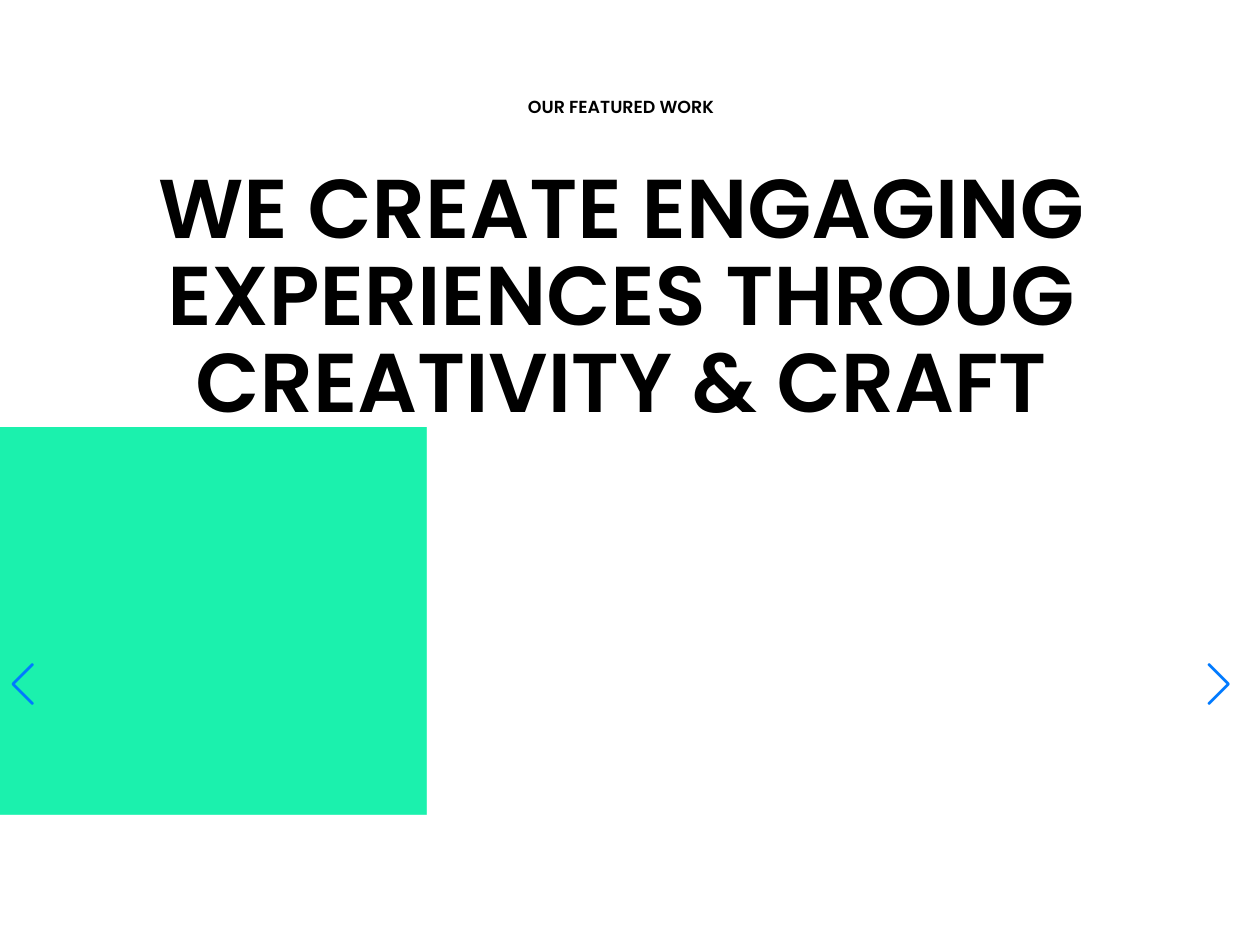
Repository: NastyaGavrilova/Beetroot-js
Page: HW10/index.html
An editor plug-in stored every save of this project. The page is shown before and after the next save, followed by the edit.
The browser window is 1280 px wide. The pictures show the whole page, at 97% of full size.

Above is the page before, as saved 2021-10-31 05:40:07.

### HW10/index.html
<!DOCTYPE html>
<html lang="en">
  <head>
    <meta charset="UTF-8" />
    <meta http-equiv="X-UA-Compatible" content="IE=edge" />
    <meta name="viewport" content="width=device-width, initial-scale=1.0" />
    <!-- Swiper -->
    <link
      rel="stylesheet"
      href="https://unpkg.com/swiper@7/swiper-bundle.min.css"
    />
    <!-- Normilize -->
    <link
      rel="stylesheet"
      href="https://cdnjs.cloudflare.com/ajax/libs/normalize/8.0.1/normalize.min.css"
      integrity="sha512-NhSC1YmyruXifcj/KFRWoC561YpHpc5Jtzgvbuzx5VozKpWvQ+4nXhPdFgmx8xqexRcpAglTj9sIBWINXa8x5w=="
      crossorigin="anonymous"
      referrerpolicy="no-referrer"
    />
    <!-- FONTS  -->
    <link rel="preconnect" href="https://fonts.googleapis.com" />
    <link rel="preconnect" href="https://fonts.gstatic.com" crossorigin />
    <link
      href="https://fonts.googleapis.com/css2?family=Poppins:wght@400;600;700&display=swap"
      rel="stylesheet"
    />
    <!-- Styles -->
    <link rel="stylesheet" href="./index.css" />
    <title>Document</title>
  </head>
  <body>
    <div class="c-container">
      <header class="c-header">
        <div class="c-header__wrapper">
          <div class="c-header__title">
            <h4 class="e-subtitle">OUR FEATURED WORK</h4>
            <h2 class="e-title">
              WE CREATE ENGAGING EXPERIENCES THROUG CREATIVITY &amp; CRAFT
            </h2>
          </div>
        </div>
      </header>

      <div class="swiper">
        <!-- Additional required wrapper -->
        <div class="swiper-wrapper">
          <!-- Slides -->
          <div class="swiper-slide">
            <img src="./assets/img/Rectangle8.png" alt="1" />
          </div>
          <div class="swiper-slide">
            <img src="./assets/img/Layer7.png" alt="2" />
          </div>
          <div class="swiper-slide">
            <img src="./assets/img/Layer9.png" alt="3" />
          </div>
          <div class="swiper-slide">
            <img src="./assets/img/Layer10.png" alt="4" />
          </div>
          ...
        </div>
        <!-- If we need pagination -->
        <!-- <div class="swiper-pagination"></div> -->

        <!-- If we need navigation buttons -->
        <div class="swiper-button-prev" id="js-swiper-prev"></div>
        <div class="swiper-button-next" id="js-swiper-next"></div>

        <!-- If we need scrollbar -->
        <!-- <div class="swiper-scrollbar"></div> -->
      </div>
    </div>
    <script src="https://unpkg.com/swiper@7/swiper-bundle.min.js"></script>
    <script src="./index.js"></script>
  </body>
</html>

### HW10/index.css
* {
  box-sizing: border-box;
  padding: 0;
  margin: 0;
}

body {
  font-family: "Poppins", sans-serif;
  max-width: 1920px;
  margin: 0 auto;
}

.c-header__wrapper {
  margin-top: 65px;
}
.c-header__title {
  text-align: center;
}
.e-subtitle {
  font-size: 18px;
  font-weight: 600;
  line-height: 90px;
}
.e-title {
  margin-top: 15px;
  font-size: 86px;
  font-weight: 600;
  line-height: 90px;
}

img {
  max-width: 440px;
  width: 100%;
}

### HW10/index.js
const swiper = new Swiper(".swiper", {
  speed: 400,
  spaceBetween: 40,
  loop: true,
  // effect: "cube",
});

const swiperPrevBtn = document.getElementById("js-swiper-prev");
swiperPrevBtn.addEventListener("click", () => {
  swiper.slidePrev();
});

const swiperNextBtn = document.getElementById("js-swiper-next");
swiperNextBtn.addEventListener("click", () => {
  swiper.slideNext();
});

After the next save:
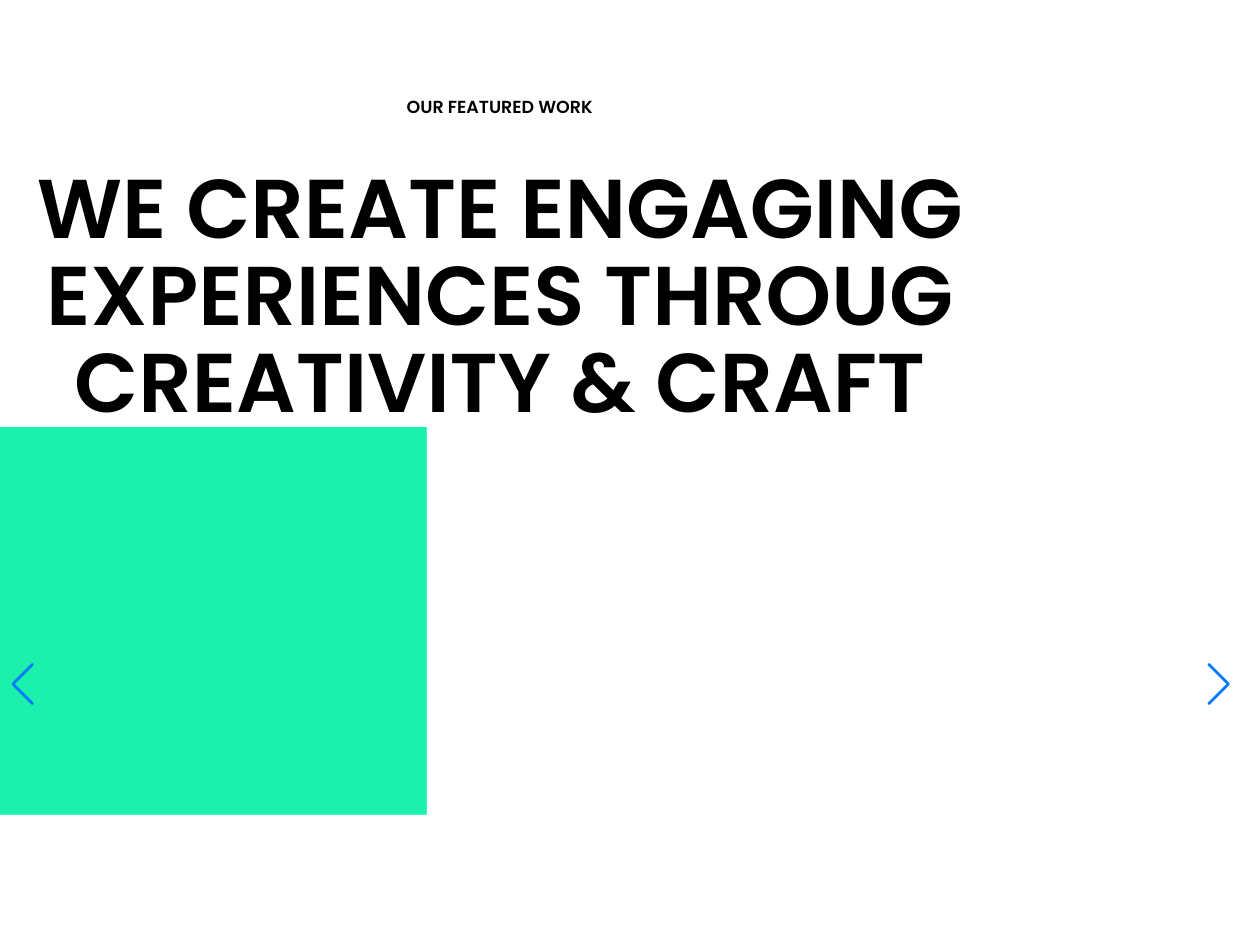
Saved 66 s later.
--- a/HW10/index.css
+++ b/HW10/index.css
@@ -12,6 +12,8 @@ body {
 
 .c-header__wrapper {
   margin-top: 65px;
+  max-width: 1030px;
+  width: 100%;
 }
 .c-header__title {
   text-align: center;

After the 2 saves that followed:
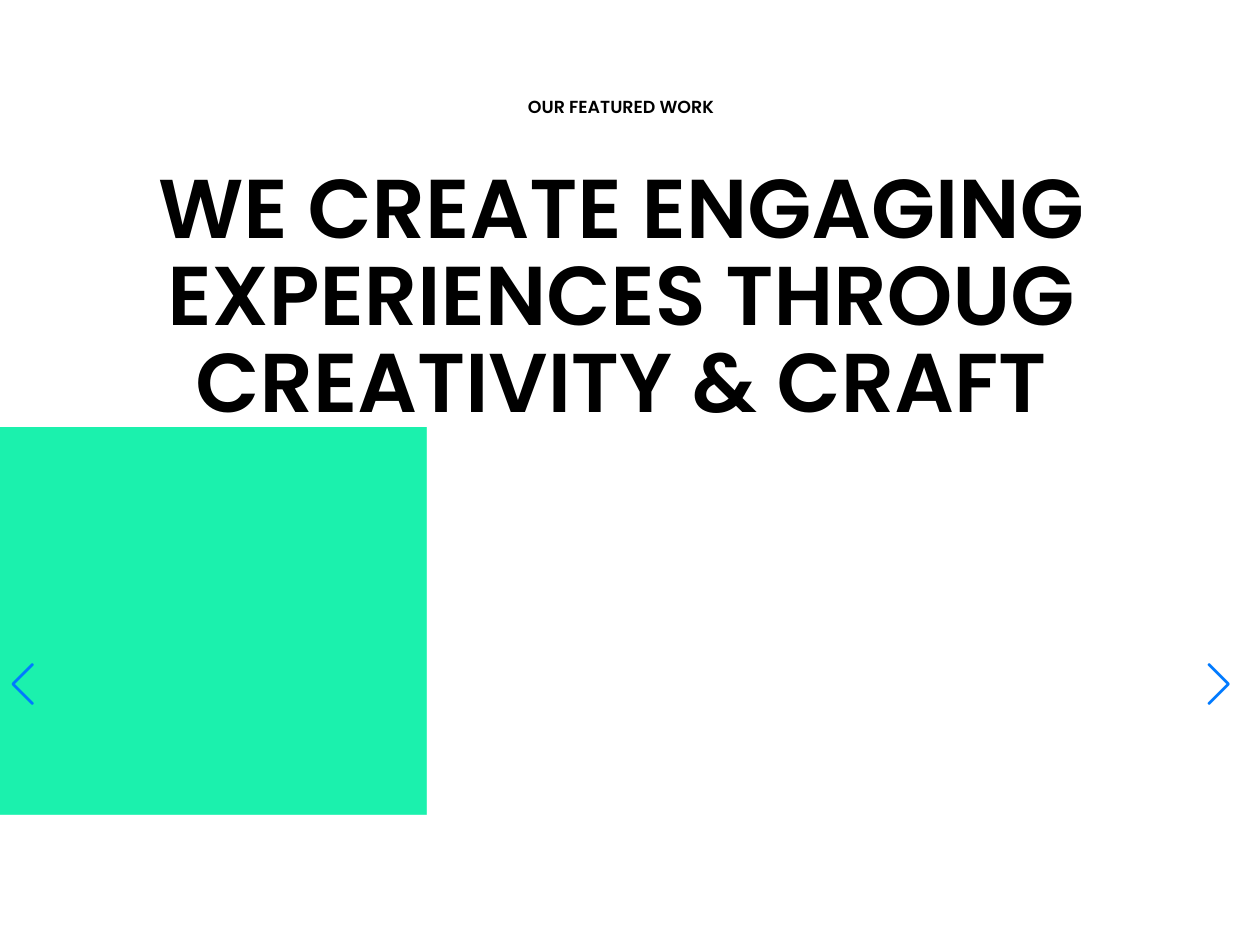
The 2 saves are shown as one change because 1 left the picture as it was.
The last was saved 57 s later.
--- a/HW10/index.css
+++ b/HW10/index.css
@@ -12,10 +12,10 @@ body {
 
 .c-header__wrapper {
   margin-top: 65px;
-  max-width: 1030px;
-  width: 100%;
 }
 .c-header__title {
+  max-width: 1030px;
+  margin: 0 auto;
   text-align: center;
 }
 .e-subtitle {
